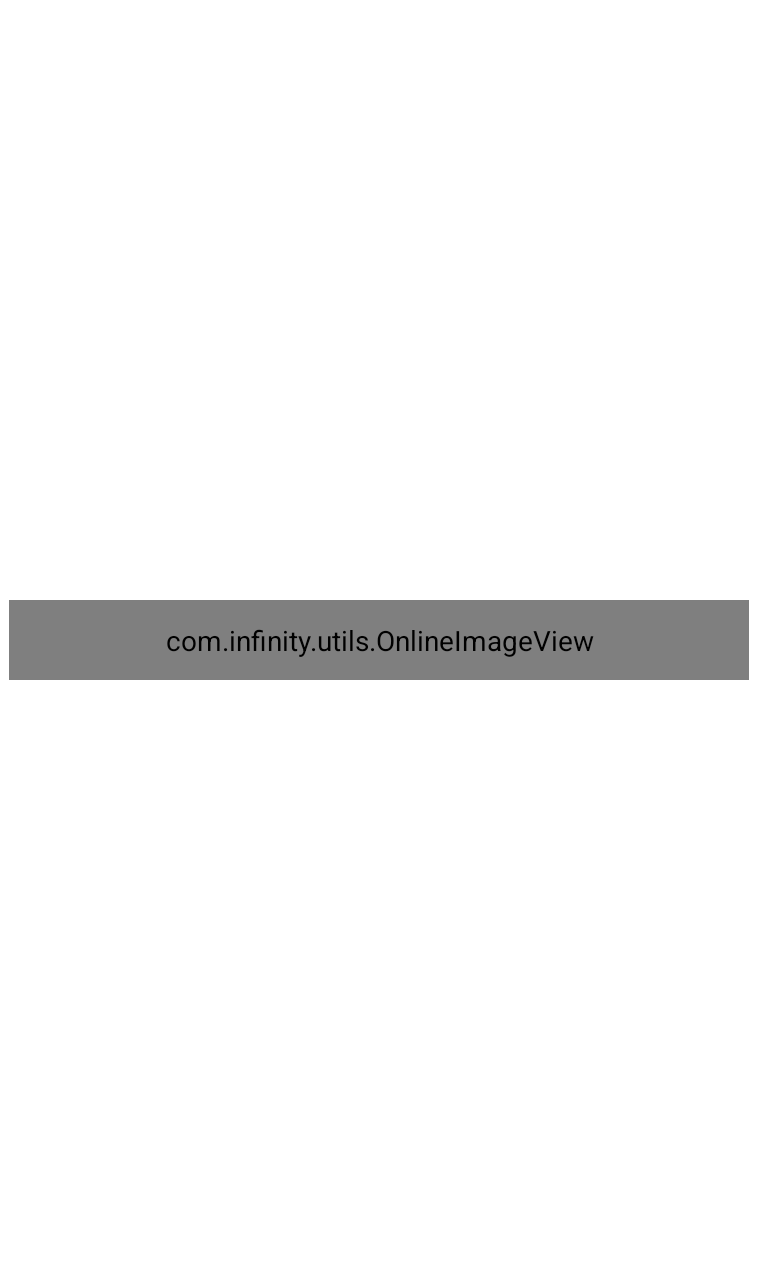
Repository: Chion82/WeFriends
Layout: WeFriends/res/layout/contact_list_item_view.xml
An editor plug-in stored every save of this project. The layout is shown before and after the next save, followed by the edit.
Pictures or frames that could not be fetched are drawn as grey boxes. It is drawn on a 768 x 1280 px phone screen (xhdpi) without system bars, with theme android:Theme.Holo; the app's code is not run.

Above is the layout before, as saved 2015-03-13 13:15:06.

After the next save:
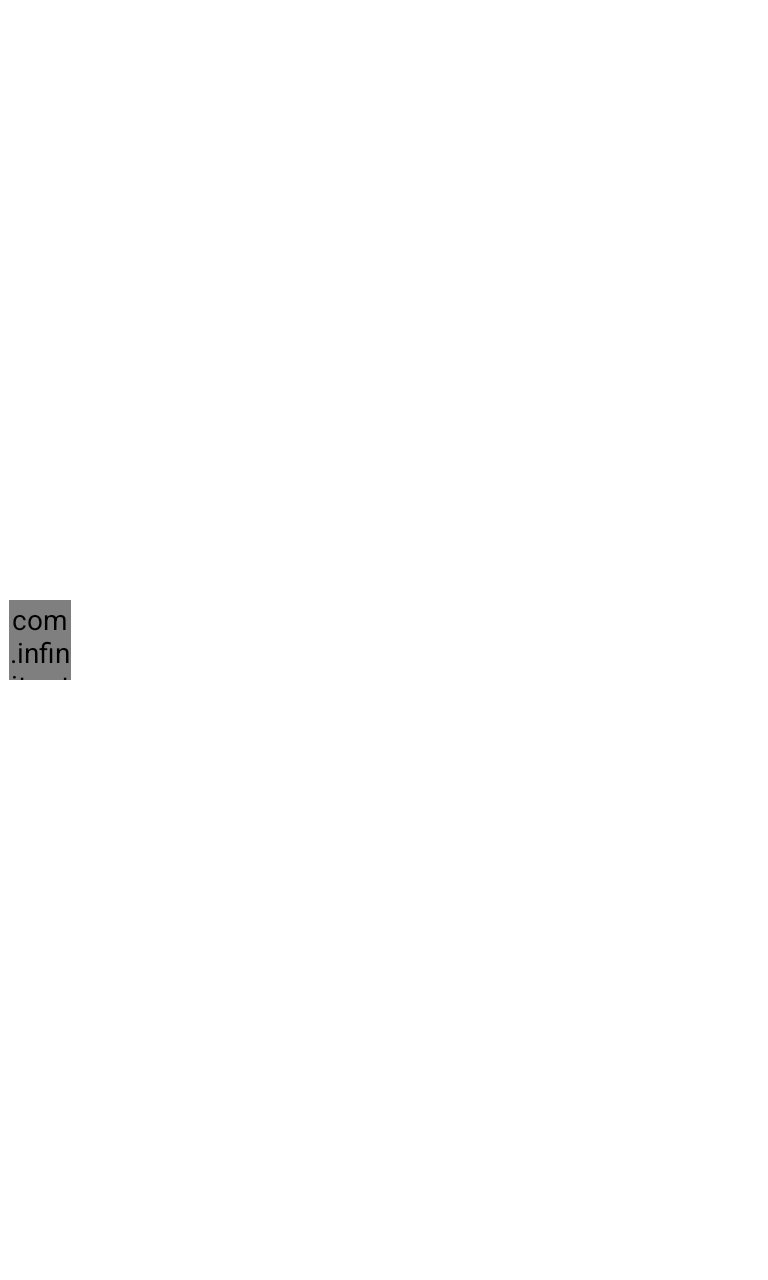
Saved 49 s later.
--- a/WeFriends/res/layout/contact_list_item_view.xml
+++ b/WeFriends/res/layout/contact_list_item_view.xml
@@ -10,7 +10,7 @@
 
     <RelativeLayout
         android:layout_height="40dp"
-        android:layout_width="wrap_content"
+        android:layout_width="40dp"
         android:layout_marginRight="5dp"
         android:paddingLeft="3dp" >
 	    <com.infinity.utils.OnlineImageView android:id="@+id/contact_list_item_view_avatar"
